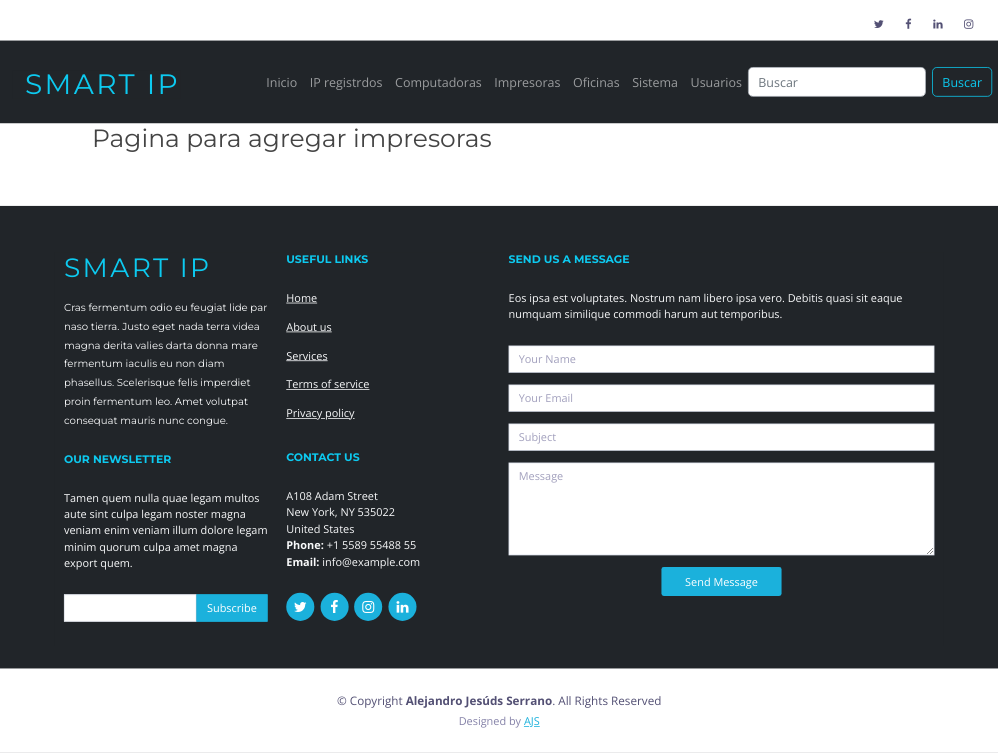
Repository: AlejandroJesusSerrano/SmartIPs
Page: smartip/smartipnav/templates/smartipnav/printer_form.html
An editor plug-in stored every save of this project. The page is shown before and after the next save, followed by the edit.
The browser window is 1280 px wide. The pictures show the whole page, at 78% of full size.
The page is served by the project's application, run on Django 4.2 (smartip/manage.py). Other server files are loaded and not shown. The template is opened directly, without the code that normally fills it, so the values that code supplies are empty.

Above is the page before, as saved 2022-11-12 20:41:48.

### smartip/smartipnav/templates/smartipnav/printer_form.html
{% extends 'smartipnav/base.html' %}

{% block content %}
<div class="container px-lg-5 py-lg-5">
    <h2>Pagina para agregar impresoras</h2>
</div>

{% endblock %}

### smartip/smartipnav/templates/smartipnav/base.html
<!DOCTYPE html>
<html lang="en">
<head>

  {% load static %}
  <meta charset="utf-8">
  <title>Smart IP</title>
  <meta content="width=device-width, initial-scale=1.0" name="viewport">
  <meta content="" name="keywords">
  <meta content="" name="description">

  <!-- Favicons -->
  <link href="{% static 'smartipnav/img/favicon.png' %}" rel="icon">
  <link href="{% static 'smartipnav/img/apple-touch-icon.png' %}" rel="apple-touch-icon">

  <!-- Google Fonts -->
  <link href="https://fonts.googleapis.com/css?family=Open+Sans:300,300i,400,400i,500,600,700,700i|Montserrat:300,400,500,600,700" rel="stylesheet">

  <!-- Bootstrap CSS File -->
  <link href="https://cdn.jsdelivr.net/npm/bootstrap@5.2.2/dist/css/bootstrap.min.css" rel="stylesheet" integrity="sha384-Zenh87qX5JnK2Jl0vWa8Ck2rdkQ2Bzep5IDxbcnCeuOxjzrPF/et3URy9Bv1WTRi" crossorigin="anonymous">

  <!-- Libraries CSS Files -->
  <link href="{% static 'smartipnav/lib/font-awesome/css/font-awesome.min.css' %}" rel="stylesheet">
  <link href="{% static 'smartipnav/lib/animate/animate.min.css' %}" rel="stylesheet">
  <link href="{% static 'smartipnav/lib/ionicons/css/ionicons.min.css' %}" rel="stylesheet">
  <link href="{% static 'smartipnav/lib/owlcarousel/assets/owl.carousel.min.css' %}" rel="stylesheet">
  <link href="{% static 'smartipnav/lib/lightbox/css/lightbox.min.css' %}" rel="stylesheet">

  <!-- Main Stylesheet File -->
  <link href="{% static 'smartipnav/css/style.css' %}" rel="stylesheet">

  <!-- =======================================================
    Theme Name: Rapid
    Theme URL: https://bootstrapmade.com/rapid-multipurpose-bootstrap-business-template/
    Author: BootstrapMade.com
    License: https://bootstrapmade.com/license/
  ======================================================= -->
</head>

<body>
  <!--==========================
  Header
  ============================-->
  <header id="header">

    <div id="topbar">
      <div class="container me-2">
        <div class="social-links">
          <a href="#" class="twitter"><i class="fa fa-twitter"></i></a>
          <a href="#" class="facebook"><i class="fa fa-facebook"></i></a>
          <a href="#" class="linkedin"><i class="fa fa-linkedin"></i></a>
          <a href="#" class="instagram"><i class="fa fa-instagram"></i></a>
        </div>
      </div>
    </div>

    <nav class="navbar navbar-expand-lg navbar-dark bg-dark">
      <a class="navbar-brand" href="index">
        <div class="logo mb-4">
          <!-- Uncomment below if you prefer to use an image logo -->
          <h1 class="text-bg-dark mx-auto "><a href="index"><span class= "text-info">Smart IP</span></a></h1>
          <!-- <a href="#header" class="scrollto"><img src="img/logo.png" alt="" class="img-fluid"></a> -->
        </div>
      </a>
      <button class="navbar-toggler" type="button" data-bs-toggle="collapse" data-bs-target="#navbarSupportedContent" aria-controls="navbarSupportedContent" aria-expanded="false" aria-label="Toggle navigation">
        <span class="navbar-toggler-icon"></span>
      </button>
      <div class="collapse navbar-collapse" id="navbarSupportedContent">
        <ul class="navbar-nav ms-auto mb-2 mb-lg-0">
          <li class="nav-item">
            <a class="nav-link {% block indexactive %} {% endblock %}" aria-current="page" href="{% url 'Inicio' %}">Inicio</a>
          </li>
          <li class="nav-item">
            <a class="nav-link {% block ipactive %} {% endblock %}" aria-current="page" href=" {% url 'Ip' %}">IP registrdos</a>
          </li>
          <li class="nav-item">
            <a class="nav-link {% block computeractive %} {% endblock %}" aria-current="page" href="{% url 'Computers' %}">Computadoras</a>
          </li>
          <li class="nav-item">
            <a class="nav-link {% block printersactive %} {% endblock %}" aria-current="page" href="{% url 'Printers' %}">Impresoras</a>
          </li>
          <li class="nav-item">
            <a class="nav-link {% block officesactive %} {% endblock %}" aria-current="page" href="{% url 'Offices' %}">Oficinas</a>
          </li>
          <li class="nav-item">
            <a class="nav-link {% block usersactive %} {% endblock %}" aria-current="page" href="{% url 'Users' %}">Sistema</a>
          </li>
          <li class="nav-item">
            <a class="nav-link {% block userspcactive %} {% endblock %}" aria-current="page" href="{% url 'UsersPc' %}">Usuarios</a>
          </li>

          <!-- <li class="nav-item dropdown">
            <a class="nav-link dropdown-toggle" href="#" id="navbarDropdown" role="button" data-bs-toggle="dropdown" aria-expanded="false">
              Dropdown
            </a>
            <ul class="dropdown-menu" aria-labelledby="navbarDropdown">
              <li><a class="dropdown-item" href="#">Acción</a></li>
              <li><a class="dropdown-item" href="#">Otra acción</a></li>
              <li><hr class="dropdown-divider"></li>
              <li><a class="dropdown-item" href="#">Algo más aquí</a></li>
            </ul>
          </li>
          <li class="nav-item">
            <a class="nav-link disabled">Deshabilitado</a>
          </li> -->
        </ul>
        <form class="d-flex" role="search">
          <input class="form-control me-2" type="search" placeholder="Buscar" aria-label="Buscar">
          <button class="btn btn-outline-info me-2" type="submit">Buscar</button>
        </form>
      </div>
    </nav>
  </header><!-- #header -->



    {% block content %}

    {% endblock %}



  <!--==========================
    Footer
  ============================-->
  <footer id="footer" class="section-bg">
    <div class="footer-top bg-dark">
      <div class="container bg-dark">

        <div class="row">

          <div class="col-lg-6">

            <div class="row">

                <div class="col-sm-6">

                  <div class="footer-info">
                    <h3 class="text-info">Smart Ip</h3>
                    <p class="text-light">Cras fermentum odio eu feugiat lide par naso tierra. Justo eget nada terra videa magna derita valies darta donna mare fermentum iaculis eu non diam phasellus. Scelerisque felis imperdiet proin fermentum leo. Amet volutpat consequat mauris nunc congue.</p>
                  </div>

                  <div class="footer-newsletter">
                    <h4 class="text-info">Our Newsletter</h4>
                    <p class="text-light">Tamen quem nulla quae legam multos aute sint culpa legam noster magna veniam enim veniam illum dolore legam minim quorum culpa amet magna export quem.</p>
                    <form action="" method="post">
                      <input type="email" name="email"><input type="submit"  value="Subscribe">
                    </form>
                  </div>

                </div>

                <div class="col-sm-6">
                  <div class="footer-links">
                    <h4 class="text-info">Useful Links</h4>
                    <ul>
                      <li><a class="text-light" href="#">Home</a></li>
                      <li><a class="text-light" href="#">About us</a></li>
                      <li><a class="text-light" href="#">Services</a></li>
                      <li><a class="text-light" href="#">Terms of service</a></li>
                      <li><a class="text-light" href="#">Privacy policy</a></li>
                    </ul>
                  </div>

                  <div class="footer-links">
                    <h4 class="text-info">Contact Us</h4>
                    <p class="text-light">
                      A108 Adam Street <br>
                      New York, NY 535022<br>
                      United States <br>
                      <strong>Phone:</strong> +1 5589 55488 55<br>
                      <strong>Email:</strong> info@example.com<br>
                    </p>
                  </div>

                  <div class="social-links">
                    <a href="#" class="twitter"><i class="fa fa-twitter"></i></a>
                    <a href="#" class="facebook"><i class="fa fa-facebook"></i></a>
                    <a href="#" class="instagram"><i class="fa fa-instagram"></i></a>
                    <a href="#" class="linkedin"><i class="fa fa-linkedin"></i></a>
                  </div>

                </div>

            </div>

          </div>

          <div class="col-lg-6">

            <div class="form">

              <h4 class="text-info">Send us a message</h4>
              <p class= "text-light">Eos ipsa est voluptates. Nostrum nam libero ipsa vero. Debitis quasi sit eaque numquam similique commodi harum aut temporibus.</p>
              <form action="" method="post" role="form" class="contactForm">
                <div class="form-group">
                  <input type="text" name="name" class="form-control" id="name" placeholder="Your Name" data-rule="minlen:4" data-msg="Please enter at least 4 chars" />
                  <div class="validation"></div>
                </div>
                <div class="form-group">
                  <input type="email" class="form-control" name="email" id="email" placeholder="Your Email" data-rule="email" data-msg="Please enter a valid email" />
                  <div class="validation"></div>
                </div>
                <div class="form-group">
                  <input type="text" class="form-control" name="subject" id="subject" placeholder="Subject" data-rule="minlen:4" data-msg="Please enter at least 8 chars of subject" />
                  <div class="validation"></div>
                </div>
                <div class="form-group">
                  <textarea class="form-control" name="message" rows="5" data-rule="required" data-msg="Please write something for us" placeholder="Message"></textarea>
                  <div class="validation"></div>
                </div>

                <div id="sendmessage">Your message has been sent. Thank you!</div>
                <div id="errormessage"></div>

                <div class="text-center"><button type="submit" title="Send Message">Send Message</button></div>
              </form>
            </div>

          </div>



        </div>

      </div>
    </div>

    <div class="container">
      <div class="copyright">
        &copy; Copyright <strong>Alejandro Jesúds Serrano</strong>. All Rights Reserved
      </div>
      <div class="credits">
        <!--
          All the links in the footer should remain intact.
          You can delete the links only if you purchased the pro version.
          Licensing information: https://bootstrapmade.com/license/
          Purchase the pro version with working PHP/AJAX contact form: https://bootstrapmade.com/buy/?theme=Rapid
        -->
        Designed by <a href="https://AJS.com/">AJS</a>
      </div>
    </div>
  </footer><!-- #footer -->

  <a href="#" class="back-to-top"><i class="fa fa-chevron-up"></i></a>
  <!-- Uncomment below i you want to use a preloader -->
  <!-- <div id="preloader"></div> -->

  <!-- JavaScript Libraries -->
  <script src="{% static 'smartipnav/lib/jquery/jquery.min.js' %}"></script>
  <script src="{% static 'smartipnav/lib/jquery/jquery-migrate.min.js' %}"></script>
  <script src="https://cdn.jsdelivr.net/npm/bootstrap@5.2.2/dist/js/bootstrap.bundle.min.js" integrity="sha384-OERcA2EqjJCMA+/3y+gxIOqMEjwtxJY7qPCqsdltbNJuaOe923+mo//f6V8Qbsw3" crossorigin="anonymous"></script>
  <script src="{% static 'smartipnav/lib/easing/easing.min.js' %}"></script>
  <script src="{% static 'smartipnav/lib/mobile-nav/mobile-nav.js' %}"></script>
  <script src="{% static 'smartipnav/lib/wow/wow.min.js' %}"></script>
  <script src="{% static 'smartipnav/lib/waypoints/waypoints.min.js' %}"></script>
  <script src="{% static 'smartipnav/lib/counterup/counterup.min.js' %}"></script>
  <script src="{% static 'smartipnav/lib/owlcarousel/owl.carousel.min.js' %}"></script>
  <script src="{% static 'smartipnav/lib/isotope/isotope.pkgd.min.js' %}"></script>
  <script src="{% static 'smartipnav/lib/lightbox/js/lightbox.min.js' %}"></script>
  <!-- Contact Form JavaScript File -->
  <script src="{% static 'smartipnav/contactform/contactform.js' %}"></script>

  <!-- Template Main Javascript File -->
  <script src="{% static 'smartipnav/js/main.js' %}"></script>

</body>
</html>

### smartip/smartip/urls.py
"""smartip URL Configuration

The `urlpatterns` list routes URLs to views. For more information please see:
    https://docs.djangoproject.com/en/4.1/topics/http/urls/
Examples:
Function views
    1. Add an import:  from my_app import views
    2. Add a URL to urlpatterns:  path('', views.home, name='home')
Class-based views
    1. Add an import:  from other_app.views import Home
    2. Add a URL to urlpatterns:  path('', Home.as_view(), name='home')
Including another URLconf
    1. Import the include() function: from django.urls import include, path
    2. Add a URL to urlpatterns:  path('blog/', include('blog.urls'))
"""
from django.contrib import admin
from django.urls import path

urlpatterns = [
    path('admin/', admin.site.urls),
]

Loaded but not shown: smartip/smartipnav/static/smartipnav/lib/font-awesome/css/font-awesome.min.css (library); smartip/smartipnav/static/smartipnav/lib/animate/animate.min.css (library); smartip/smartipnav/static/smartipnav/lib/ionicons/css/ionicons.min.css (library); smartip/smartipnav/static/smartipnav/lib/owlcarousel/assets/owl.carousel.min.css (library); smartip/smartipnav/static/smartipnav/lib/lightbox/css/lightbox.min.css (common file); smartip/smartipnav/static/smartipnav/lib/jquery/jquery.min.js (library); smartip/smartipnav/static/smartipnav/lib/jquery/jquery-migrate.min.js (library); smartip/smartipnav/static/smartipnav/lib/easing/easing.min.js (common file); smartip/smartipnav/static/smartipnav/lib/mobile-nav/mobile-nav.js (common file); smartip/smartipnav/static/smartipnav/lib/wow/wow.min.js (library); smartip/smartipnav/static/smartipnav/lib/waypoints/waypoints.min.js (library); smartip/smartipnav/static/smartipnav/lib/counterup/counterup.min.js (common file); smartip/smartipnav/static/smartipnav/lib/owlcarousel/owl.carousel.min.js (library); smartip/smartipnav/static/smartipnav/lib/isotope/isotope.pkgd.min.js (library); smartip/smartipnav/static/smartipnav/lib/lightbox/js/lightbox.min.js (library); smartip/smartipnav/static/smartipnav/js/main.js (131 lines, source omitted); smartip/smartipnav/static/smartipnav/contactform/contactform.js (118 lines, source omitted); smartip/smartipnav/static/smartipnav/css/style.css (1573 lines, source omitted)

After the next save:
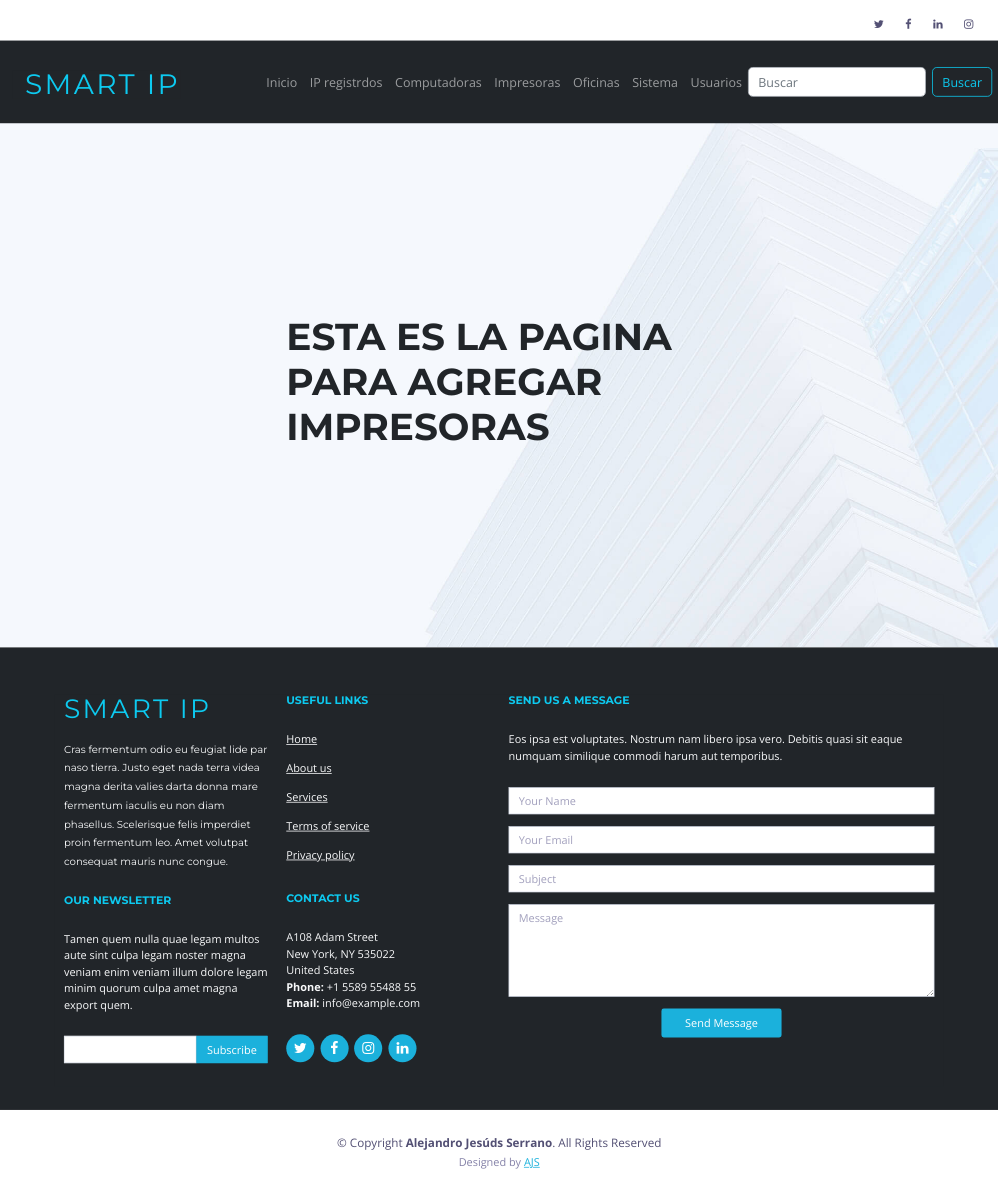
Saved 61 s later.
--- a/smartip/smartipnav/templates/smartipnav/printer_form.html
+++ b/smartip/smartipnav/templates/smartipnav/printer_form.html
@@ -1,8 +1,13 @@
 {% extends 'smartipnav/base.html' %}
 
 {% block content %}
-<div class="container px-lg-5 py-lg-5">
-    <h2>Pagina para agregar impresoras</h2>
-</div>
+<section id="intro" class="clearfix">
+    <div class="container d-flex h-100">
+        <div class="row justify-content-center align-self-center">
+            <div class="col-md-6 intro-info order-md-first order-last">
+                <h2 class="text-dark">ESTA ES LA PAGINA PARA AGREGAR IMPRESORAS </h2>
+            </div>
+        </div>
+    </div>
 
 {% endblock %}
